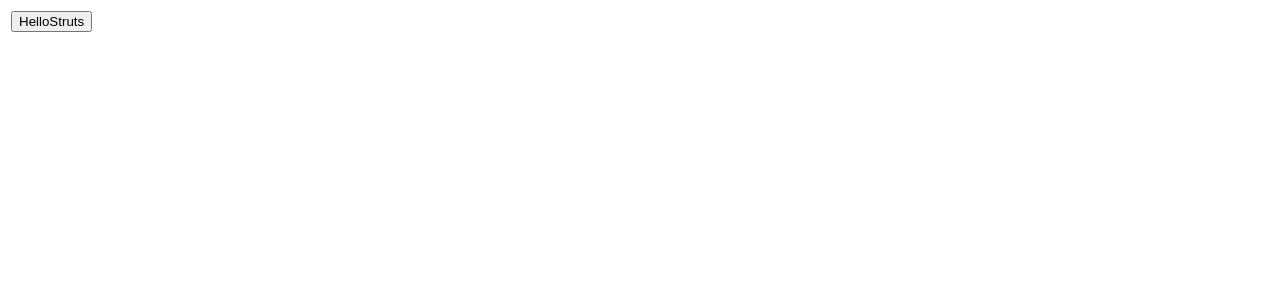
Repository: kazutoshiyamamoto0909/test
Page: http://localhost/WebProj2/
The author's editor kept a copy of each file at every save. The page is drawn from the files as they stood at one save, then again after the next save.
The browser window is 1280 px wide. The pictures show the whole page.
The page is served by Tomcat 9. Other server files are loaded and not shown.

Above is the page before, as saved 2018-08-30 05:04:11.

### WebProj2/WebContent/index.jsp
<%@ page language="java" contentType="text/html; charset=UTF-8"
	pageEncoding="UTF-8"%>
<%@ taglib prefix="s" uri="/struts-tags"%>
<!DOCTYPE html>
<html>
<head>
<meta charset="utf-8">
<title>INDEX</title>
</head>
<body>
	<s:form action="HelloStrutsAction">
		<s:submit value="HelloStruts" />
	</s:form>
</body>
</html>

After the next save:
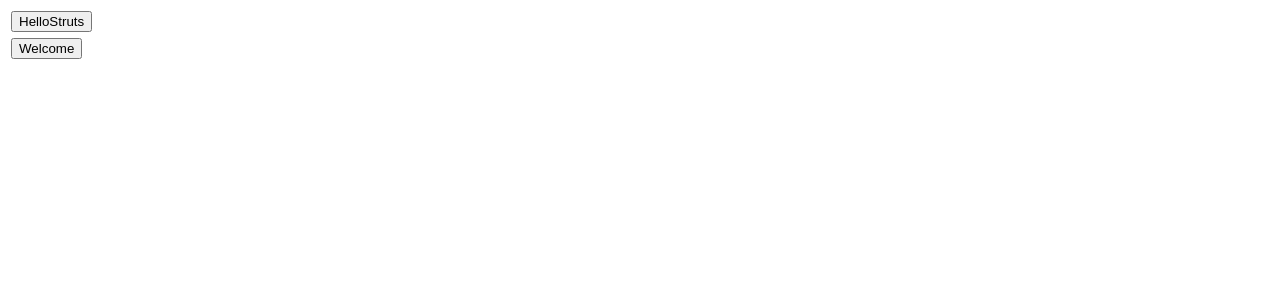
Saved 5 min 38 s later.
--- a/WebProj2/WebContent/index.jsp
+++ b/WebProj2/WebContent/index.jsp
@@ -8,8 +8,14 @@
 <title>INDEX</title>
 </head>
 <body>
+
 	<s:form action="HelloStrutsAction">
 		<s:submit value="HelloStruts" />
 	</s:form>
+
+	<s:form action="WelcomeAction">
+		<s:submit value="Welcome" />
+	</s:form>
+
 </body>
 </html>
